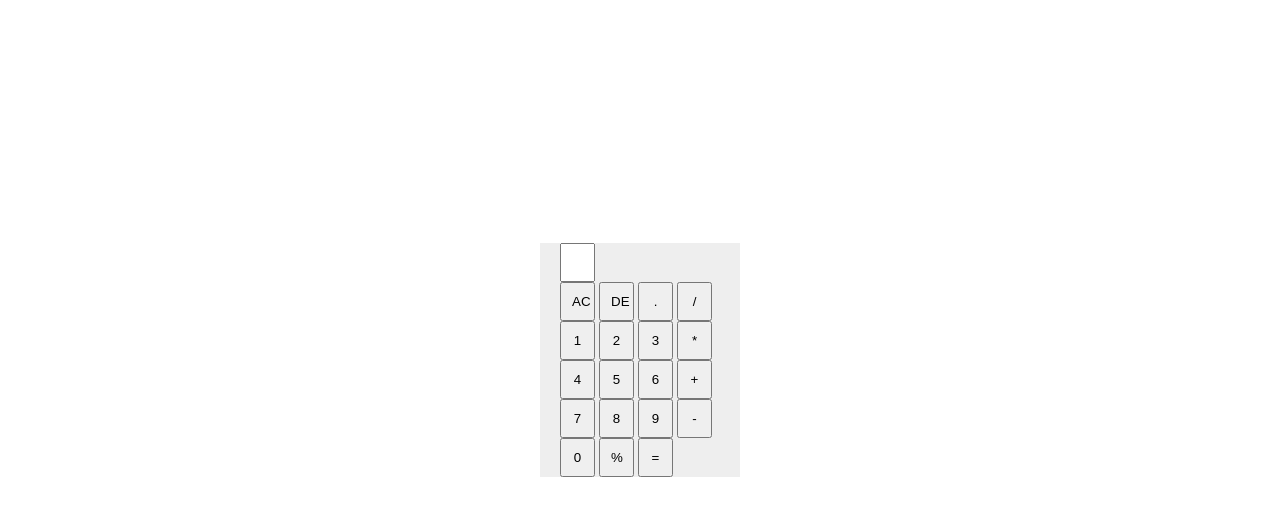
Repository: jerrys-arch/web-calculator
Page: index.html
An editor plug-in stored every save of this project. The page is shown before and after the next save, followed by the edit.
The browser window is 1280 px wide. The pictures show the whole page.

Above is the page before, as saved 2024-11-30 05:05:08.

### index.html
<!DOCTYPE html>
<html lang="en">
<head>
    <meta charset="UTF-8">
    <meta name="viewport" content="width=device-width, initial-scale=1.0">
    <title>calculator</title>
    <link rel="stylesheet" href="styles.css">
</head>
<body>
    <div class="container">
        <div class="calculator">
            <form>
            <div class="display">
                <input id="display" type="text">
            </div>
            <div>
                <input type="button" value="AC">
                <input type="button" value="DE">
                <input type="button" value=".">
                <input type="button" value="/">
            </div>
            <div>
                <input type="button" value="1">
                <input type="button" value="2">
                <input type="button" value="3">
                <input type="button" value="*">
            </div>
            <div>
                <input type="button" value="4">
                <input type="button" value="5">
                <input type="button" value="6">
                <input type="button" value="+">
            </div>
            <div>
                <input type="button" value="7">
                <input type="button" value="8">
                <input type="button" value="9">
                <input type="button" value="-">
            </div>
            <div>
                <input type="button" value="0">
                <input type="button" value="%">
                <input type="button" value="=">
            </div>
        </form>
        </div>
    </div>
</body>
</html>

### styles.css
*{
    margin:0;
    padding:0;
    box-sizing: border-box;
}

.container{
    display:flex;
    align-items: center;
    justify-content: center;
    height:100vh;

}
.calculator{
    align-items: center;
    padding-left:20px;
    width:200px;
    background: #eee;
}
.calculator form input{
    width:35px;
    padding: 10px;
    border
}

After the next save:
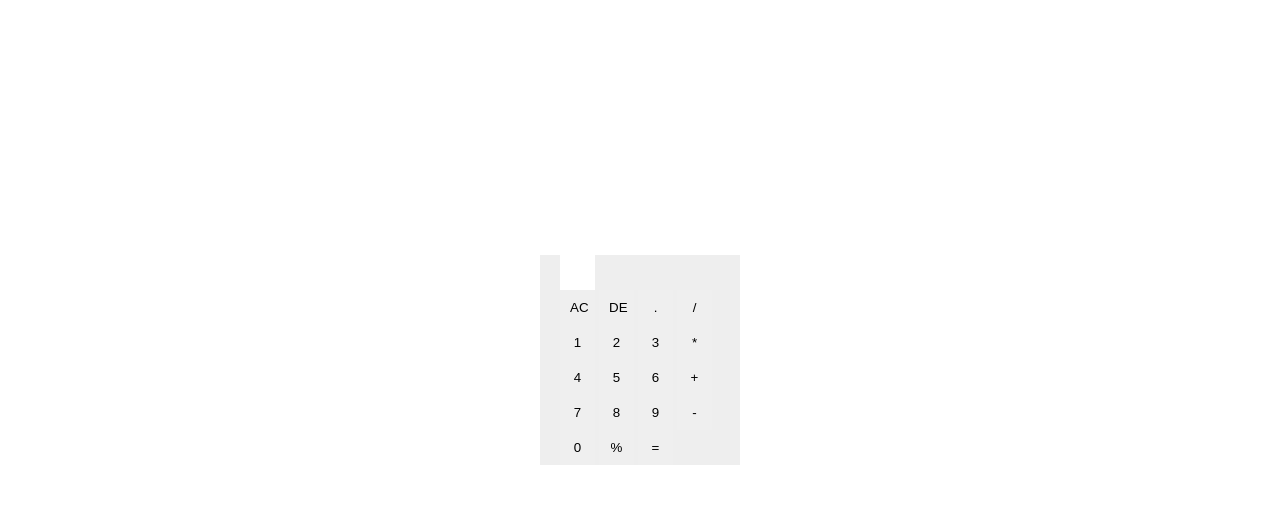
Saved 4 s later.
--- a/styles.css
+++ b/styles.css
@@ -20,5 +20,5 @@
 .calculator form input{
     width:35px;
     padding: 10px;
-    border
+    border:none
 }
